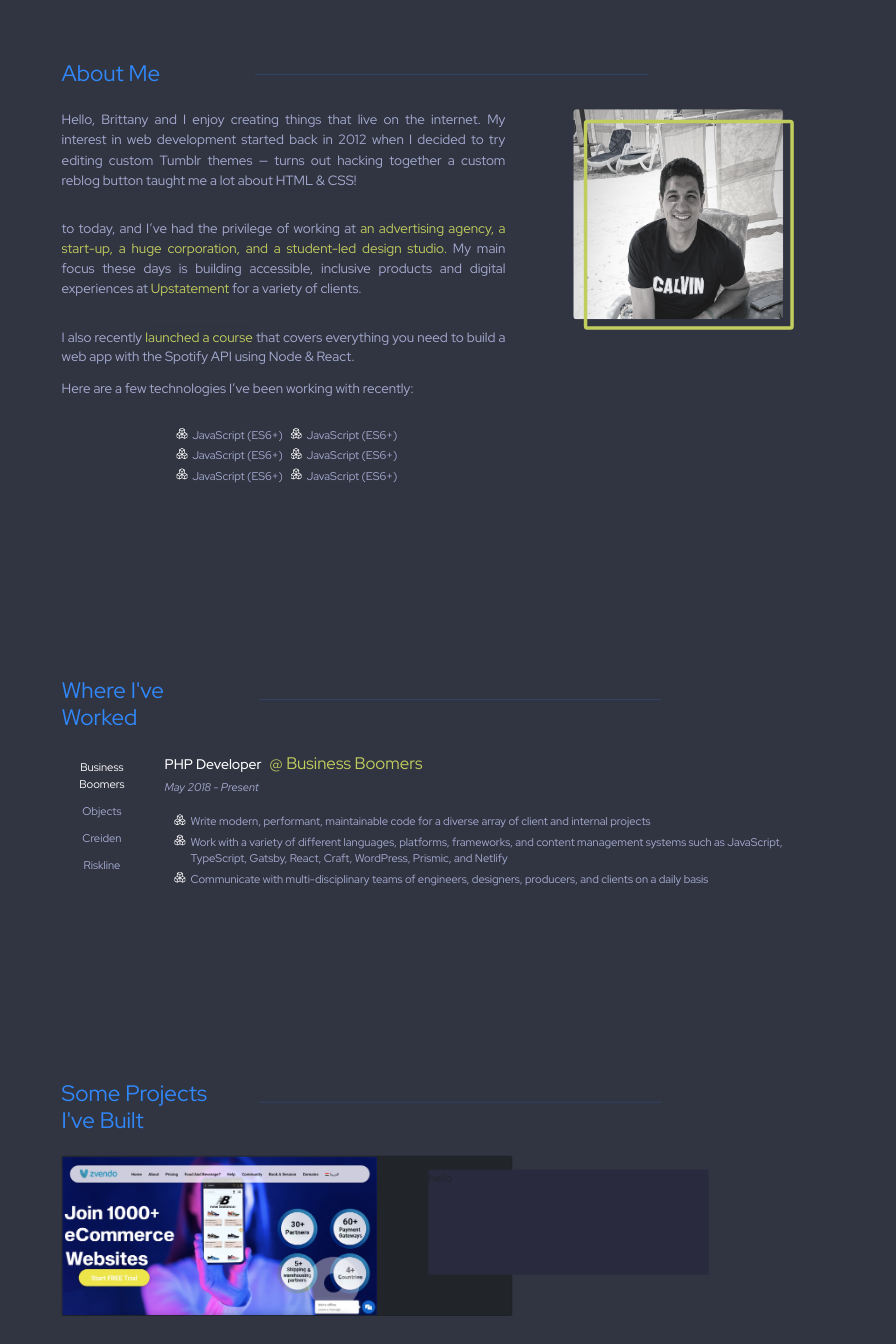
Repository: aya7abbal/Talaat-s-Portfolio
Page: index.html
These files come from the project's save history. The page is drawn as it stood at one moment and after the next save; the edit follows.
The browser window is 1280 px wide. The pictures show the part of the page from y = 800 to 2720 px (the page is 2720 px tall), at 70% of full size.
Some web libraries are served in a nearby version. The style sheet was rebuilt from its Sass, Less or Tailwind sources for each picture, by a compiler version that may differ from the author's.

Above is the page before, as saved 2022-02-07 19:02:37.

### index.html
<!DOCTYPE html>
<html lang="en">
  <head>
    <!-- Required meta tags -->
    <meta charset="utf-8" />
    <meta name="viewport" content="width=device-width, initial-scale=1" />

    <!-- Bootstrap CSS -->
    <link
      href="https://cdn.jsdelivr.net/npm/bootstrap@5.0.2/dist/css/bootstrap.min.css"
      rel="stylesheet"
      integrity="sha384-EVSTQN3/azprG1Anm3QDgpJLIm9Nao0Yz1ztcQTwFspd3yD65VohhpuuCOmLASjC"
      crossorigin="anonymous"
    />

    <!-- Favicon -->
    <link
      rel="shortcut icon"
      type="image/x-icon"
      href="./images/favicon/favicon.ico"
    />

    <!-- Font Awesome -->
    <script
      src="https://kit.fontawesome.com/fd7fa2f891.js"
      crossorigin="anonymous"
    ></script>

    <!-- Bootstrap Icons -->
    <link
      rel="stylesheet"
      href="https://cdn.jsdelivr.net/npm/bootstrap-icons@1.8.0/font/bootstrap-icons.css"
    />

    <!-- Main Stylesheet -->
    <link rel="stylesheet" href="./styles/styles.css" />

    <title>Ahmed's Portfolio</title>
  </head>
  <body>
    <!-- Navbar -->
    <nav class="navbar navbar-expand-md navbar-dark py-3">
      <div class="container-fluid d-flex justify-content-between">
        <div class="navbar-logo">
          <a class="navbar-brand navbar-border navbar-content__hidden" href="#"
            >AT</a
          >
        </div>

        <!-- Offcanvas  Hidden MENU -->
        <div class="offcanvas-menu">
          <button
            class="btn navbar-content__hidden rotating-icon"
            type="button"
            data-bs-toggle="offcanvas"
            data-bs-target="#offcanvasRight"
            aria-controls="offcanvasRight"
          >
            <i class="bi bi-x-diamond fs-2 text-white"></i>
          </button>
          <div
            class="offcanvas offcanvas-end"
            tabindex="-1"
            id="offcanvasRight"
            aria-labelledby="offcanvasRightLabel"
          >
            <div class="offcanvas-header">
              <h5 id="offcanvasRightLabel"></h5>
              <button
                type="button"
                class="btn text-reset"
                data-bs-dismiss="offcanvas"
                aria-label="Close"
              >
                <i class="bi bi-x-diamond fs-2 text-white rotated-icon"></i>
              </button>
            </div>
            <div class="offcanvas-body">
              <ul class="navbar-nav text-center">
                <li class="nav-item">
                  <a class="nav-link active" aria-current="page" href="#"
                    >About</a
                  >
                </li>
                <li class="nav-item">
                  <a class="nav-link" href="#">Experience</a>
                </li>
                <li class="nav-item">
                  <a class="nav-link" href="#">Work</a>
                </li>
                <li class="nav-item">
                  <a class="nav-link" href="#">Contact</a>
                </li>
                <li>
                  <a
                    class="btn btn-green my-4"
                    href="./Ahmed Talaat.pdf"
                    download
                  >
                    Resume</a
                  >
                </li>
              </ul>
            </div>
          </div>
        </div>

        <!-- NAVBAR Collapsable -->
        <div
          class="collapse navbar-collapse justify-content-between align-items-baseline"
          id="navbarNav"
        >
          <a class="navbar-brand navbar-border" href="#">AT</a>

          <ul class="navbar-nav">
            <li class="nav-item">
              <a class="nav-link active" aria-current="page" href="#">About</a>
            </li>
            <li class="nav-item">
              <a class="nav-link" href="#">Experience</a>
            </li>
            <li class="nav-item">
              <a class="nav-link" href="#">Work</a>
            </li>
            <li class="nav-item">
              <a class="nav-link" href="#">Contact</a>
            </li>
          </ul>

          <a
            class="btn btn-green"
            href="./Ahmed Talaat.pdf"
            download
          >Resume</a >
        </div>
      </div>
    </nav>
    <div class="body-wrapper">
      <!-- Introduction -->
      <div class="intro px-5">
        <h6>Hi, my name is</h6>

        <br />

        <h2>Ahmed Talaat.</h2>
        <h3 class="pb-2">I'm a Back-end Developer.</h3>

        <br />

        <p>
          I’m a software engineer specializing in building (and occasionally
          designing) exceptional digital experiences. Currently, I’m focused on
          building accessible, human-centered products at
          <a href="#">Riskline.</a>
        </p>

        <br />

        <a class=" btn btn-green btn-lg" href="https://calendly.com/atalaat-92/short-discussion?month=2022-02" target="_blank"> Book a Meeting</a>
      </div>

      <!-- About -->

      <div class="about px-5 row">
        <div class="section-header row">
          <div class="col-md-4 col-lg-3 col-5">
            <h4 class="py-4">About Me</h4>
          </div>
          <div class="col-md-8 col-lg-9 col-7">
            <hr />
          </div>
        </div>

        <!-- About Paragraph -->
        <div class="col-12 col-lg-7">
          <p>
            Hello, Brittany and I enjoy creating things that live on the
            internet. My interest in web development started back in 2012 when I
            decided to try editing custom Tumblr themes — turns out hacking
            together a custom reblog button taught me a lot about HTML & CSS!
          </p>
          <br />

          <p>
            to today, and I’ve had the privilege of working at
            <a href=""
              >an advertising agency, a start-up, a huge corporation, and a
              student-led design studio.</a
            >
            My main focus these days is building accessible, inclusive products
            and digital experiences at <a href="">Upstatement</a> for a variety
            of clients.
          </p>

          <br />
          <p>
            I also recently <a href="">launched a course</a> that covers
            everything you need to build a web app with the Spotify API using
            Node & React.
          </p>

          <p>Here are a few technologies I’ve been working with recently:</p>

          <div class="iconed-list d-flex justify-content-center">
            <ul class="row">
              <div class="col-6">
                <li>JavaScript (ES6+)</li>
                <li>JavaScript (ES6+)</li>
                <li>JavaScript (ES6+)</li>
              </div>

              <div class="col-6">
                <li>JavaScript (ES6+)</li>
                <li>JavaScript (ES6+)</li>
                <li>JavaScript (ES6+)</li>
              </div>
            </ul>
          </div>
        </div>

        <div class="col-12 col-lg-5 d-flex justify-content-center pb-5">
          <!-- About Image -->
          <div class="about-img">
           <div> <img
            src="./images/B903239F-D317-4387-9DFC-7195C9C90247_1_105_c.jpeg"
            alt=""
            width="300px"
            height="300px"
          /></div>
            <div class="about-img__border"></div>
          </div>
        </div>
      </div>

      <!-- Work -->

      <div class="work px-5">
        <div class="section-header row">
          <div class="col-md-4 col-lg-3 col-7">
            <h4 class="py-4">Where I've Worked</h4>
          </div>
          <div class="col-md-8 col-lg-9 col-5">
            <hr />
          </div>
        </div>
        <div>
          <!-- Nav tabs -->
          <div class="d-flex flex-md-row flex-column align-items-start">
            <div
              class="nav flex-md-column nav-pills me-3 mb-4 pe-md-3 nav-tabs"
              id="v-pills-tab"
              role="tablist"
              aria-orientation="vertical"
            >
              <button
                class="nav-link active"
                id="v-pills-home-tab"
                data-bs-toggle="pill"
                data-bs-target="#v-pills-home"
                type="button"
                role="tab"
                aria-controls="v-pills-home"
                aria-selected="true"
              >
                Business Boomers
              </button>
              <button
                class="nav-link"
                id="v-pills-profile-tab"
                data-bs-toggle="pill"
                data-bs-target="#v-pills-profile"
                type="button"
                role="tab"
                aria-controls="v-pills-profile"
                aria-selected="false"
              >
                Objects
              </button>
              <button
                class="nav-link"
                id="v-pills-messages-tab"
                data-bs-toggle="pill"
                data-bs-target="#v-pills-messages"
                type="button"
                role="tab"
                aria-controls="v-pills-messages"
                aria-selected="false"
              >
                Creiden
              </button>
              <button
                class="nav-link"
                id="v-pills-settings-tab"
                data-bs-toggle="pill"
                data-bs-target="#v-pills-settings"
                type="button"
                role="tab"
                aria-controls="v-pills-settings"
                aria-selected="false"
              >
                Riskline
              </button>
            </div>
            <div class="tab-content" id="v-pills-tabContent">
              <div
                class="tab-pane fade show active"
                id="v-pills-home"
                role="tabpanel"
                aria-labelledby="v-pills-home-tab"
              >
                <div class="work-title">
                  <h5 class="pe-2">PHP Developer</h5>
                  <h6>@ Business Boomers</h6>
                </div>
                <div class="work-date">
                  <i>May 2018 - Present </i>

                  <ul class="iconed-list">
                    <li>
                      Write modern, performant, maintainable code for a diverse
                      array of client and internal projects
                    </li>
                    <li>
                      Work with a variety of different languages, platforms,
                      frameworks, and content management systems such as
                      JavaScript, TypeScript, Gatsby, React, Craft, WordPress,
                      Prismic, and Netlify
                    </li>
                    <li>
                      Communicate with multi-disciplinary teams of engineers,
                      designers, producers, and clients on a daily basis
                    </li>
                  </ul>
                </div>
              </div>

              <div
                class="tab-pane fade"
                id="v-pills-profile"
                role="tabpanel"
                aria-labelledby="v-pills-profile-tab"
              >
                <div class="work-title">
                  <h5 class="pe-2">Back-end Developer</h5>
                  <h6>@ Objects</h6>
                </div>
                <div class="work-date">
                  <i>May 2018 - Present </i>

                  <ul class="iconed-list">
                    <li>
                      Write modern, performant, maintainable code for a diverse
                      array of client and internal projects
                    </li>
                    <li>
                      Work with a variety of different languages, platforms,
                      frameworks, and content management systems such as
                      JavaScript, TypeScript, Gatsby, React, Craft, WordPress,
                      Prismic, and Netlify
                    </li>
                    <li>
                      Communicate with multi-disciplinary teams of engineers,
                      designers, producers, and clients on a daily basis
                    </li>
                  </ul>
                </div>
              </div>

              <div
                class="tab-pane fade"
                id="v-pills-messages"
                role="tabpanel"
                aria-labelledby="v-pills-messages-tab"
              >
                <div class="work-title">
                  <h5 class="pe-2">Back-end Developer</h5>
                  <h6>@ Creiden</h6>
                </div>
                <div class="work-date">
                  <i>May 2018 - Present </i>

                  <ul class="iconed-list">
                    <li>
                      Write modern, performant, maintainable code for a diverse
                      array of client and internal projects
                    </li>
                    <li>
                      Work with a variety of different languages, platforms,
                      frameworks, and content management systems such as
                      JavaScript, TypeScript, Gatsby, React, Craft, WordPress,
                      Prismic, and Netlify
                    </li>
                    <li>
                      Communicate with multi-disciplinary teams of engineers,
                      designers, producers, and clients on a daily basis
                    </li>
                  </ul>
                </div>
              </div>

              <div
                class="tab-pane fade"
                id="v-pills-settings"
                role="tabpanel"
                aria-labelledby="v-pills-settings-tab"
              >
                <div class="work-title">
                  <h5 class="pe-2">Project Manager</h5>
                  <h6>@ Riskline</h6>
                </div>
                <div class="work-date">
                  <i>May 2018 - Present </i>

                  <ul class="iconed-list">
                    <li>
                      Write modern, performant, maintainable code for a diverse
                      array of client and internal projects
                    </li>
                    <li>
                      Work with a variety of different languages, platforms,
                      frameworks, and content management systems such as
                      JavaScript, TypeScript, Gatsby, React, Craft, WordPress,
                      Prismic, and Netlify
                    </li>
                    <li>
                      Communicate with multi-disciplinary teams of engineers,
                      designers, producers, and clients on a daily basis
                    </li>
                  </ul>
                </div>
              </div>
            </div>
          </div>
        </div>
      </div>

      <!-- Projects -->

      <div class="projects px-5">
        <div class="section-header row">
          <div class="col-md-4 col-lg-3 col-7">
            <h4 class="py-4">Some Projects I've Built</h4>
          </div>
          <div class="col-md-8 col-lg-9 col-5">
            <hr />
          </div>
        </div>

        <div class="project-card d-flex">
          <div class="card bg-dark text-white col-md-7">
            <img src="./images/project-1.jpeg" class="card-img" alt="...">
            <div class="card-img-overlay d-md-none">
              <h5 class="card-title">Card title</h5>
              <p class="card-text">This is a wider card with supporting text below as a natural lead-in to additional content. This content is a little bit longer.</p>
              <p class="card-text"></p>
            </div>
          </div>
          <div class="col-6 project-desc">
            hello
          </div>
        </div>
      </div>



    </div>


    <!-- Footer -->
    <footer>
      <div class="footer-left">
        <div class="footer-left__link">
          <i class="fab fa-github"><a href="#"></a></i>
        </div>
        <div class="footer-left__link">
          <i class="fab fa-twitter"><a href=""></a></i>
        </div>
        <div class="footer-left__link">
          <i class="fab fa-linkedin-in"><a href=""></a></i>
        </div>
        <div class="footer-left__link">
          <i class="fas fa-phone"><a href=""></a></i>
        </div>
        <div class="footer-left__link line"></div>
      </div>



      <div class="footer-right">
        <div class="footer-right__link">
          <a href="">@ahmed.talaat.92@hotmail.com</a>

        <div class="footer-right__link line"></div>
      </div>
    </footer>

    <!-- Bootstrap Bundle with Popper -->
    <script
      src="https://cdn.jsdelivr.net/npm/bootstrap@5.0.2/dist/js/bootstrap.bundle.min.js"
      integrity="sha384-MrcW6ZMFYlzcLA8Nl+NtUVF0sA7MsXsP1UyJoMp4YLEuNSfAP+JcXn/tWtIaxVXM"
      crossorigin="anonymous"
    ></script>
    <script type="module" src="./scripts/script.js"></script>
  </body>
</html>

### styles/components/_navbar.scss
.navbar-content__hidden{
    display: none;
    @media (max-width:768px) {
        display: inline-block;
    }
}

.navbar-brand{
    border: solid 2px var(--green);
    border-radius: 5px 20px;
    padding: 8px;

    &:hover{
        background-color: var(--green);
    }
}

### styles/variables/_colors.scss
:root{
    --navy:#313441;
    --lnavy:#3f455e;
    --lgreen:#c1ce5e;
    --grey:#A4A6BF;
    --bblue:hsl(220, 47%, 62%);
    --green:#97A629;
    --lgreeno:#c1ce5e11;
    --lgrey:#bbc1dd;
    --mdgrey:#a4acd1;
    --blue:#3188fa;

}

### styles/components/_buttons.scss
.btn-green {
  border: 2px solid var(--green);
  padding: 8px;
  color:white;
  border-radius: 5px;

  &:hover {
    color: rgb(197, 197, 197);
    background-color: var(--lgreeno);
  }
}

.btn-blue{
    border: 2px solid var(--blue);
    padding: 8px;
    color:white;
    border-radius: 5px;

    &:hover {
      color: rgb(197, 197, 197);
      background-color: var(--bblue);
    }
}

.rotating-icon, .rotated-icon {
  transform: rotate(45deg) !important;
  z-index: 100;

  &:hover {
    transform: rotate(90deg) !important;
    transition: 0.6s;


  }
  &:active &:focus {
    transform: rotate(90deg) !important;
  }
}

### styles/components/_pages.scss

// INTRODUCTION
.intro{
    padding-top: 160px;
}

// ABOUT


.section-header{
    padding-top:180px ;
    hr{
        position: relative;
        top:30%;
        color: var(--blue);
        width: 70%;
    }
}

#v-pills-tab{
    border: none;
}

### styles/components/_projects.scss

.projects{


.card-img-overlay {
    opacity: 90%;

}
img{
    width: 450px;
    height:auto;
}



.project-desc{
    background-color: rgb(42, 42, 63);
    height:150px;
    width: 400px;
    transform: translate(-120px,20px);
}
}

Loaded but not shown: scripts/script.js (8 lines, source omitted); styles/variables/_fonts.scss (113 lines, source omitted); styles/components/_footer.scss (68 lines, source omitted); styles/styles.scss (36 lines, source omitted); styles/variables/_images.scss (36 lines, source omitted)

After the next save:
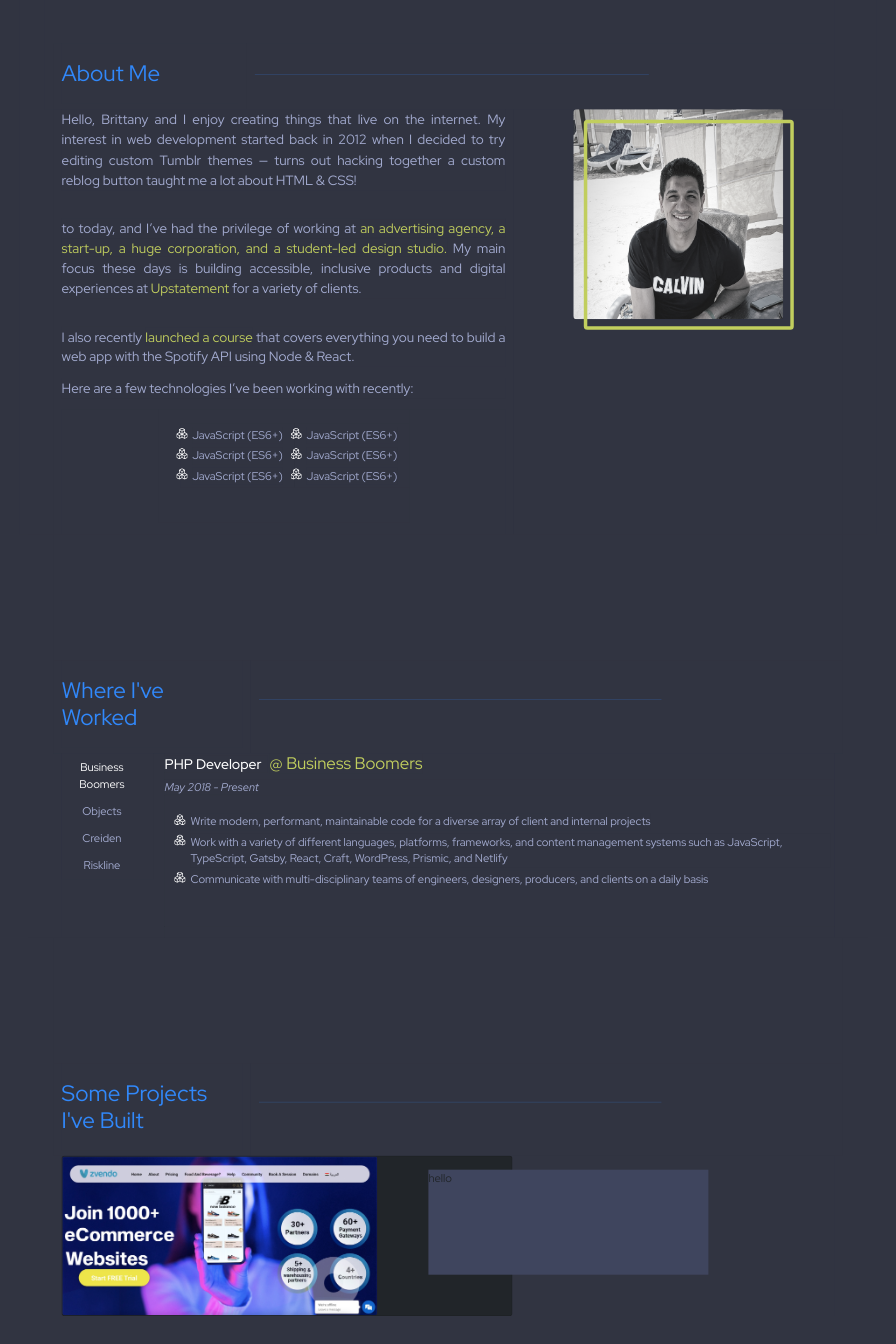
Saved 15 s later.
--- a/styles/components/_projects.scss
+++ b/styles/components/_projects.scss
@@ -14,7 +14,7 @@ img{
 
 
 .project-desc{
-    background-color: rgb(42, 42, 63);
+    background-color: var(--lnavy);
     height:150px;
     width: 400px;
     transform: translate(-120px,20px);

After the save that followed:
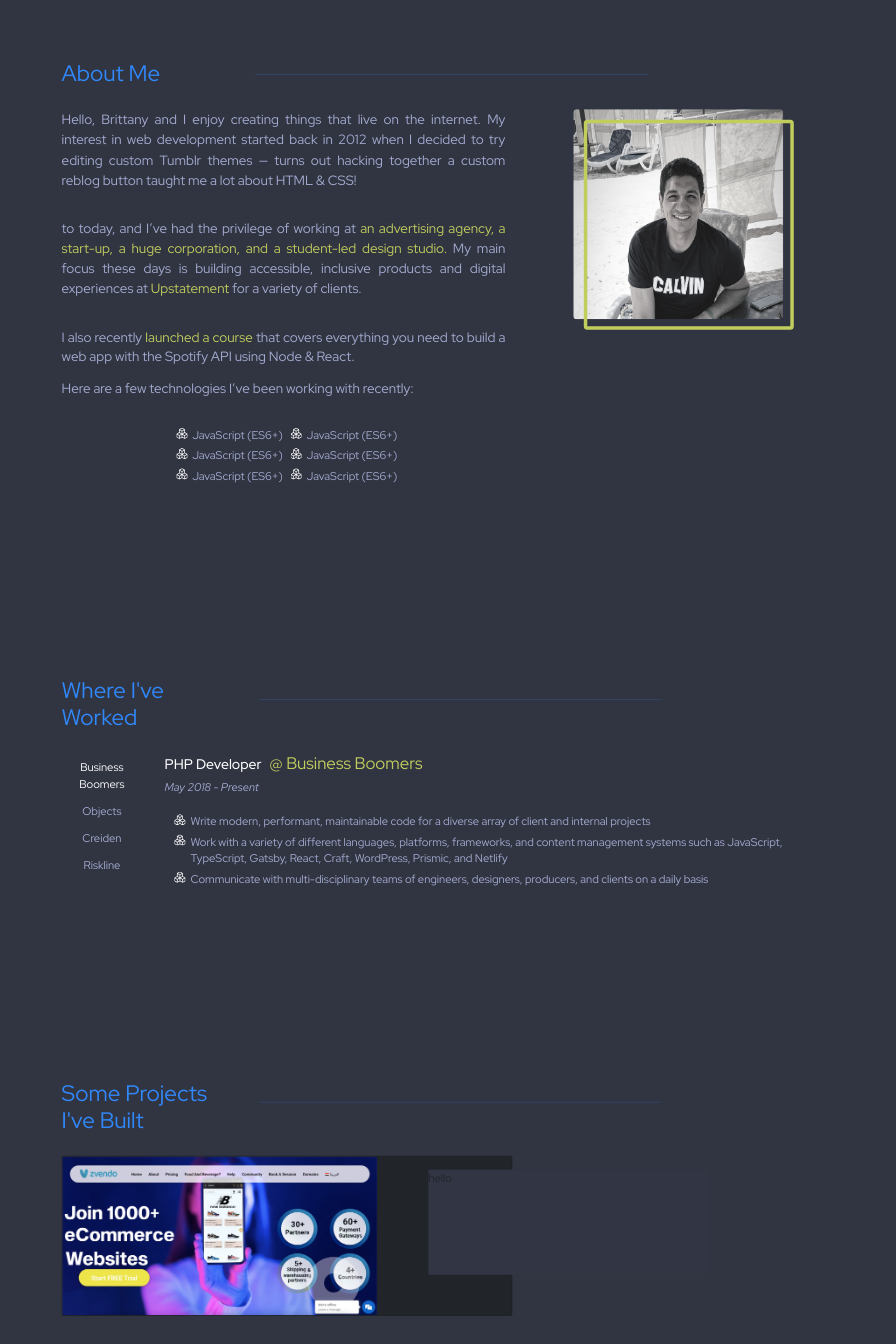
Saved 14 s later.
--- a/styles/variables/_colors.scss
+++ b/styles/variables/_colors.scss
@@ -1,6 +1,6 @@
 :root{
     --navy:#313441;
-    --lnavy:#3f455e;
+    --lnavy:#313544;
     --lgreen:#c1ce5e;
     --grey:#A4A6BF;
     --bblue:hsl(220, 47%, 62%);
